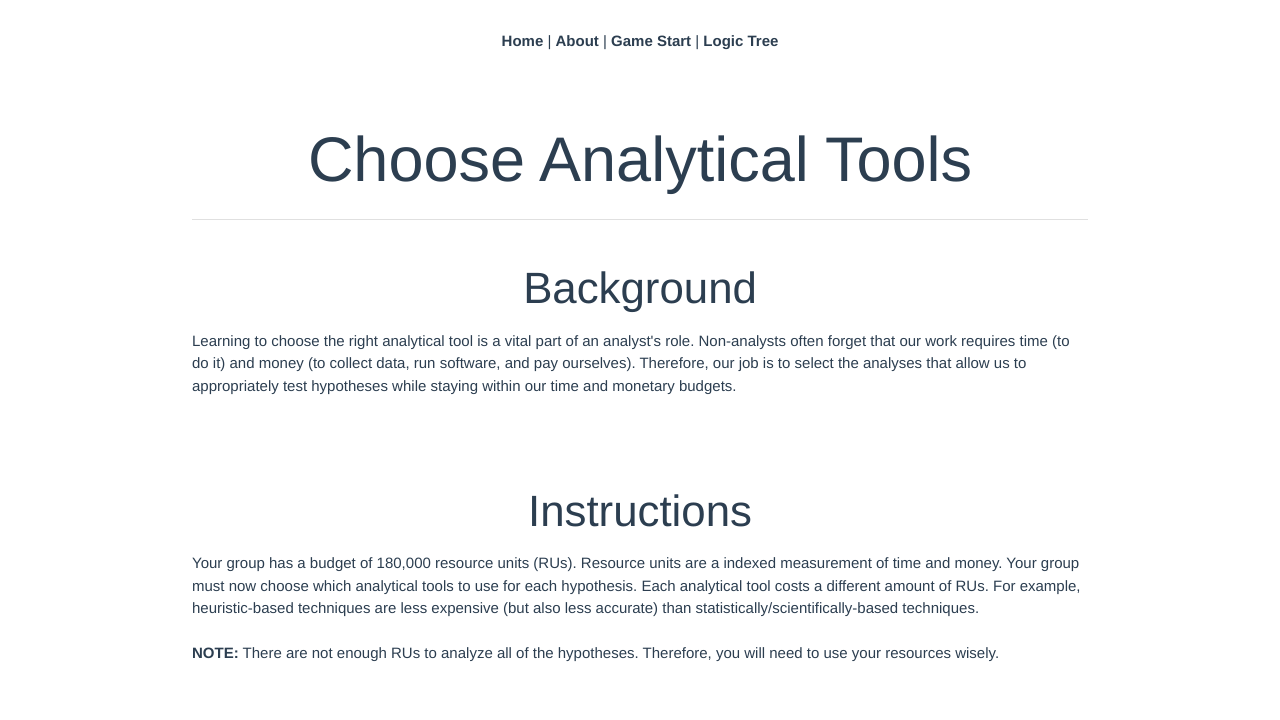
Repository: gallard28/posc4210app
Page: /#/choose_tools
These files come from the project's save history. The page is drawn as it stood at one moment and after the next save; the edit follows.
The browser window is 1280 px wide. The pictures show the whole page.
The project was rebuilt for these pictures with package versions that can differ from the ones it lists, and the page was loaded fresh each time. Also part of the build but not shown: src/views/Home.vue, src/views/Start.vue, src/views/Scenario.vue, src/views/Prioritize.vue.

Above is the page before, as saved 2020-09-20 21:55:25.

After the next save:
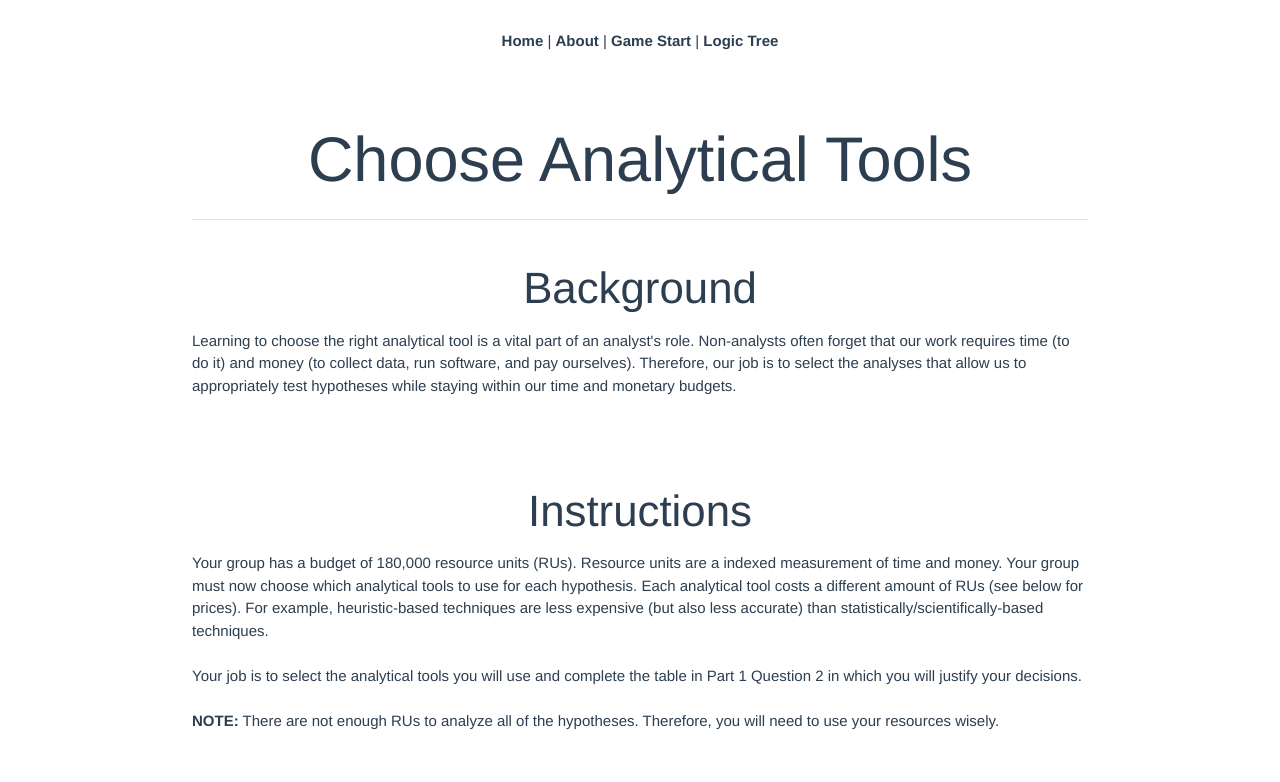
Saved 2 min 5 s later.
--- a/src/views/Choose_tools.vue
+++ b/src/views/Choose_tools.vue
@@ -9,9 +9,9 @@
           <br>
           <br>
           <h3>Instructions </h3>
-          <p class="left-align">Your group has a budget of 180,000 resource units (RUs). Resource units are a indexed measurement of time and money. Your group must now choose which analytical tools to use for each hypothesis. Each analytical tool costs a different amount of RUs. For example, heuristic-based techniques are less expensive (but also less accurate) than statistically/scientifically-based techniques. <br> <br>
+          <p class="left-align">Your group has a budget of 180,000 resource units (RUs). Resource units are a indexed measurement of time and money. Your group must now choose which analytical tools to use for each hypothesis. Each analytical tool costs a different amount of RUs (see below for prices). For example, heuristic-based techniques are less expensive (but also less accurate) than statistically/scientifically-based techniques. <br> <br>
+          Your job is to select the analytical tools you will use and complete the table in Part 1 Question 2 in which you will justify your decisions. <br><br>
           <b>NOTE:</b> There are not enough RUs to analyze all of the hypotheses. Therefore, you will need to use your resources wisely.</p>
-
         </div>
       </div>
   </div>
